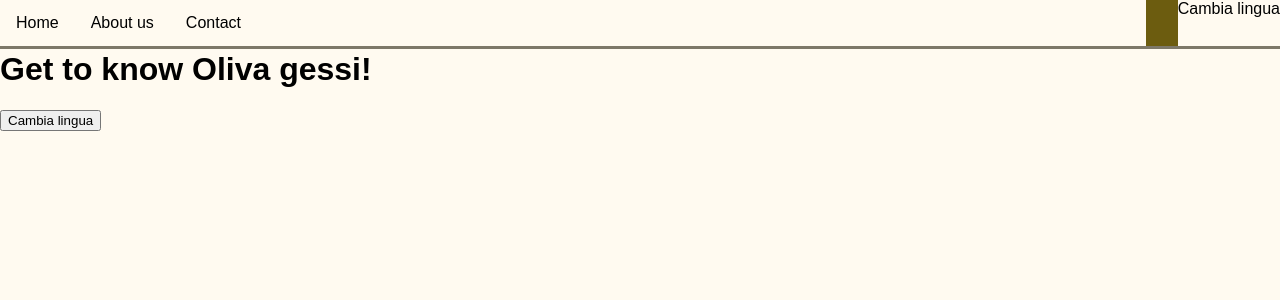
Repository: Seaside-Jokers/Oliva-gessi
Page: index.html
An editor plug-in stored every save of this project. The page is shown before and after the next save, followed by the edit.
The browser window is 1280 px wide. The pictures show the whole page.

Above is the page before, as saved 2026-02-16 19:30:29.

### index.html
<!DOCTYPE html>
<html lang="it">
<head>
    <meta charset="UTF-8">
    <title>Oliva gessi</title>
    <link rel="stylesheet" href="src/style.css">
</head>
<body>
    <nav class="navbar">
        <a class="nav-button" href="#" data-key="home">Home</a>
        <a class="nav-button" href="#" data-key="about">Chi siamo</a>
        <a class="nav-button" href="#" data-key="contact">Contatti</a>
        <link class="nav-button change-language" onclick="changeState()" data-key="change-language"
            href="assets/menu_icon.png">
            Cambia lingua</link>
    </nav>

    <h1 data-key="titolo">Vieni a conoscere Oliva Gessi!</h1>
    <button onclick="changeState()" type="button">Cambia lingua</button>

    <!-- - - - - - - - - - - - - - - - - - - - - - - - - - - - - - - - - - - - -->
    <!--                              DO NOT TOUCH                             -->
    <!-- - - - - - - - - - - - - - - - - - - - - - - - - - - - - - - - - - - - -->
    <script src="src/database_testo.js"></script>
    <script src="src/color_scheme.js"></script>
</body>

<!-- TODO: leggi questo commento e poi eliminalo per favore: quando vuoi aggiungere un nuovo testo modificalo in src/database_testo.js -->
</html>

### src/style.css
/* -------------------------------------------------------------------------- */
/*                                    BASE                                    */
/* -------------------------------------------------------------------------- */
/* corpo dell'HTML */
body {
    font-family: 'Montserrat', sans-serif;
    margin: 0;
    padding: 0;
    padding-top: 30px;
    background-color: var(--colors-background);
}

/* -------------------------------------------------------------------------- */
/*                                   NAVBAR                                   */
/* -------------------------------------------------------------------------- */
/* Container NavBar */
nav.navbar {
    display: flex;
    overflow: hidden;
    background-color: var(--colors-surface);
    outline: 3px solid var(--colors-outline);
    position: fixed;
    top: 0;
    width: 100%;
}
/* Pulsanti della NavBar */
a.nav-button {
    color: var(--colors-onSurface);
    text-decoration: none;
    padding: 14px 16px;
    display: block;
}
link.nav-button {
    color: var(--colors-onSurface);
    text-decoration: none;
    padding: 14px 16px;
    display: block;
}
/* Pulsante per il cambio lingua */
link.nav-button.change-language {
    background-color: var(--colors-primary);
    color: var(--colors-onPrimary);
    border: none;
    padding: 0px, 20px;
    cursor: pointer;
    font-size: 16px;
    margin-left: auto;
}

/*
    Fonts: https://ctrl-z.it/9-font-architettura-tavole-portfolio https://material-f/
    Design: foundation.github.io/material-theme-builder/
    Fonts: Playfair Display (titoli), Montserrat (testo normale)
*/

### src/database_testo.js
const traduzioni = {
    "it": {
        titolo: "Vieni a conoscere Oliva gessi!",
        home: "Home",
        about: "Chi siamo",
        contact: "Contatti"
    },
    "en": {
        titolo: "Get to know Oliva gessi!",
        home: "Home",
        about: "About us",
        contact: "Contact"
    }
}



/* -------------------------------------------------------------------------- */
/*                                DO NOT TOUCH                                */
/* -------------------------------------------------------------------------- */
var state =  getDefaultLang();

function aggiornaInterfaccia() {
    const elementi = document.querySelectorAll('[data-key]');

    elementi.forEach(el => {
        const chiave = el.getAttribute('data-key');
        const testoTradotto = traduzioni[state][chiave];

        if (testoTradotto) {
            el.textContent = testoTradotto;
        }
    });
}

/* -------------------------------------------------------------------------- */
/*                            Cambiamenti di stato                            */
/* -------------------------------------------------------------------------- */
function getDefaultLang() {
    if(navigator.language.substring(0, 2) === "en")
        return "en";

    return "it";
}
function defaultState() {
    state = getDefaultLang();
    aggiornaInterfaccia();
    return true;
}
function changeStateTo(_state) {
    if(_state !== "it" && _state !== "en") {
        defaultState();
        return;
    }
    state = _state;
    aggiornaInterfaccia();
}
function changeState() {
    if(state === "it")
        changeStateTo("en");
    else
        changeStateTo("it");
}

document.addEventListener("DOMContentLoaded", aggiornaInterfaccia);

### src/color_scheme.js
const ThemeManager = (() => {
    const colorScheme = {
        "light": {
            "primary": "hsl(50, 76%, 24%)",
            "surfaceTint": "hsl(50, 76%, 24%)",
            "onPrimary": "hsl(0, 0%, 100%)",
            "primaryContainer": "hsl(48, 89%, 75%)",
            "onPrimaryContainer": "hsl(51, 100%, 16%)",
            "secondary": "hsl(47, 23%, 33%)",
            "onSecondary": "hsl(0, 0%, 100%)",
            "secondaryContainer": "hsl(46, 60%, 84%)",
            "onSecondaryContainer": "hsl(48, 30%, 24%)",
            "tertiary": "hsl(139, 21%, 33%)",
            "onTertiary": "hsl(0, 0%, 100%)",
            "tertiaryContainer": "hsl(134, 51%, 85%)",
            "onTertiaryContainer": "hsl(141, 28%, 24%)",
            "error": "hsl(0, 75%, 42%)",
            "onError": "hsl(0, 0%, 100%)",
            "errorContainer": "hsl(6, 100%, 92%)",
            "onErrorContainer": "hsl(356, 100%, 29%)",
            "background": "hsl(39, 100%, 97%)",
            "onBackground": "hsl(44, 22%, 10%)",
            "surface": "hsl(39, 100%, 97%)",
            "onSurface": "hsl(44, 22%, 10%)",
            "surfaceVariant": "hsl(42, 38%, 87%)",
            "onSurfaceVariant": "hsl(47, 14%, 26%)",
            "outline": "hsl(46, 9%, 45%)",
            "outlineVariant": "hsl(43, 20%, 75%)",
            "shadow": "hsl(0, 0%, 0%)",
            "scrim": "hsl(0, 0%, 0%)",
            "inverseSurface": "hsl(45, 13%, 18%)",
            "inverseOnSurface": "hsl(40, 57%, 93%)",
            "inversePrimary": "hsl(48, 60%, 65%)",
            "primaryFixed": "hsl(48, 89%, 75%)",
            "onPrimaryFixed": "hsl(48, 100%, 7%)",
            "primaryFixedDim": "hsl(48, 60%, 65%)",
            "onPrimaryFixedVariant": "hsl(51, 100%, 16%)",
            "secondaryFixed": "hsl(46, 60%, 84%)",
            "onSecondaryFixed": "hsl(48, 78%, 7%)",
            "secondaryFixedDim": "hsl(46, 34%, 73%)",
            "onSecondaryFixedVariant": "hsl(48, 30%, 24%)",
            "tertiaryFixed": "hsl(134, 51%, 85%)",
            "onTertiaryFixed": "hsl(147, 100%, 6%)",
            "tertiaryFixedDim": "hsl(135, 29%, 74%)",
            "onTertiaryFixedVariant": "hsl(141, 28%, 24%)",
            "surfaceDim": "hsl(39, 24%, 84%)",
            "surfaceBright": "hsl(39, 100%, 97%)",
            "surfaceContainerLowest": "hsl(0, 0%, 100%)",
            "surfaceContainerLow": "hsl(40, 68%, 94%)",
            "surfaceContainer": "hsl(40, 49%, 92%)",
            "surfaceContainerHigh": "hsl(42, 37%, 89%)",
            "surfaceContainerHighest": "hsl(42, 30%, 87%)"
        },
        "light-medium-contrast": {
            "primary": "hsl(51, 100%, 13%)",
            "surfaceTint": "hsl(50, 76%, 24%)",
            "onPrimary": "hsl(0, 0%, 100%)",
            "primaryContainer": "hsl(49, 61%, 30%)",
            "onPrimaryContainer": "hsl(0, 0%, 100%)",
            "secondary": "hsl(49, 38%, 17%)",
            "onSecondary": "hsl(0, 0%, 100%)",
            "secondaryContainer": "hsl(48, 20%, 38%)",
            "onSecondaryContainer": "hsl(0, 0%, 100%)",
            "tertiary": "hsl(143, 39%, 17%)",
            "onTertiary": "hsl(0, 0%, 100%)",
            "tertiaryContainer": "hsl(139, 18%, 39%)",
            "onTertiaryContainer": "hsl(0, 0%, 100%)",
            "error": "hsl(357, 100%, 23%)",
            "onError": "hsl(0, 0%, 100%)",
            "errorContainer": "hsl(2, 68%, 48%)",
            "onErrorContainer": "hsl(0, 0%, 100%)",
            "background": "hsl(39, 100%, 97%)",
            "onBackground": "hsl(44, 22%, 10%)",
            "surface": "hsl(39, 100%, 97%)",
            "onSurface": "hsl(48, 36%, 5%)",
            "surfaceVariant": "hsl(42, 38%, 87%)",
            "onSurfaceVariant": "hsl(46, 17%, 19%)",
            "outline": "hsl(44, 12%, 30%)",
            "outlineVariant": "hsl(45, 10%, 41%)",
            "shadow": "hsl(0, 0%, 0%)",
            "scrim": "hsl(0, 0%, 0%)",
            "inverseSurface": "hsl(45, 13%, 18%)",
            "inverseOnSurface": "hsl(40, 57%, 93%)",
            "inversePrimary": "hsl(48, 60%, 65%)",
            "primaryFixed": "hsl(49, 61%, 30%)",
            "onPrimaryFixed": "hsl(0, 0%, 100%)",
            "primaryFixedDim": "hsl(51, 94%, 20%)",
            "onPrimaryFixedVariant": "hsl(0, 0%, 100%)",
            "secondaryFixed": "hsl(48, 20%, 38%)",
            "onSecondaryFixed": "hsl(0, 0%, 100%)",
            "secondaryFixedDim": "hsl(49, 25%, 29%)",
            "onSecondaryFixedVariant": "hsl(0, 0%, 100%)",
            "tertiaryFixed": "hsl(139, 18%, 39%)",
            "onTertiaryFixed": "hsl(0, 0%, 100%)",
            "tertiaryFixedDim": "hsl(139, 23%, 29%)",
            "onTertiaryFixedVariant": "hsl(0, 0%, 100%)",
            "surfaceDim": "hsl(41, 16%, 76%)",
            "surfaceBright": "hsl(39, 100%, 97%)",
            "surfaceContainerLowest": "hsl(0, 0%, 100%)",
            "surfaceContainerLow": "hsl(40, 68%, 94%)",
            "surfaceContainer": "hsl(42, 37%, 89%)",
            "surfaceContainerHigh": "hsl(39, 26%, 85%)",
            "surfaceContainerHighest": "hsl(41, 19%, 81%)"
        },
        "light-high-contrast": {
            "primary": "hsl(50, 100%, 10%)",
            "surfaceTint": "hsl(50, 76%, 24%)",
            "onPrimary": "hsl(0, 0%, 100%)",
            "primaryContainer": "hsl(50, 100%, 17%)",
            "onPrimaryContainer": "hsl(0, 0%, 100%)",
            "secondary": "hsl(49, 47%, 13%)",
            "onSecondary": "hsl(0, 0%, 100%)",
            "secondaryContainer": "hsl(48, 28%, 25%)",
            "onSecondaryContainer": "hsl(0, 0%, 100%)",
            "tertiary": "hsl(146, 52%, 13%)",
            "onTertiary": "hsl(0, 0%, 100%)",
            "tertiaryContainer": "hsl(141, 27%, 25%)",
            "onTertiaryContainer": "hsl(0, 0%, 100%)",
            "error": "hsl(357, 100%, 19%)",
            "onError": "hsl(0, 0%, 100%)",
            "errorContainer": "hsl(356, 100%, 30%)",
            "onErrorContainer": "hsl(0, 0%, 100%)",
            "background": "hsl(39, 100%, 97%)",
            "onBackground": "hsl(44, 22%, 10%)",
            "surface": "hsl(39, 100%, 97%)",
            "onSurface": "hsl(0, 0%, 0%)",
            "surfaceVariant": "hsl(42, 38%, 87%)",
            "onSurfaceVariant": "hsl(0, 0%, 0%)",
            "outline": "hsl(48, 19%, 15%)",
            "outlineVariant": "hsl(47, 13%, 27%)",
            "shadow": "hsl(0, 0%, 0%)",
            "scrim": "hsl(0, 0%, 0%)",
            "inverseSurface": "hsl(45, 13%, 18%)",
            "inverseOnSurface": "hsl(0, 0%, 100%)",
            "inversePrimary": "hsl(48, 60%, 65%)",
            "primaryFixed": "hsl(50, 100%, 17%)",
            "onPrimaryFixed": "hsl(0, 0%, 100%)",
            "primaryFixedDim": "hsl(50, 100%, 12%)",
            "onPrimaryFixedVariant": "hsl(0, 0%, 100%)",
            "secondaryFixed": "hsl(48, 28%, 25%)",
            "onSecondaryFixed": "hsl(0, 0%, 100%)",
            "secondaryFixedDim": "hsl(49, 41%, 16%)",
            "onSecondaryFixedVariant": "hsl(0, 0%, 100%)",
            "tertiaryFixed": "hsl(141, 27%, 25%)",
            "onTertiaryFixed": "hsl(0, 0%, 100%)",
            "tertiaryFixedDim": "hsl(145, 43%, 16%)",
            "onTertiaryFixedVariant": "hsl(0, 0%, 100%)",
            "surfaceDim": "hsl(41, 13%, 71%)",
            "surfaceBright": "hsl(39, 100%, 97%)",
            "surfaceContainerLowest": "hsl(0, 0%, 100%)",
            "surfaceContainerLow": "hsl(40, 57%, 93%)",
            "surfaceContainer": "hsl(42, 30%, 87%)",
            "surfaceContainerHigh": "hsl(42, 21%, 82%)",
            "surfaceContainerHighest": "hsl(41, 16%, 76%)"
        },
        "dark": {
            "primary": "hsl(48, 60%, 65%)",
            "surfaceTint": "hsl(48, 60%, 65%)",
            "onPrimary": "hsl(50, 100%, 11%)",
            "primaryContainer": "hsl(51, 100%, 16%)",
            "onPrimaryContainer": "hsl(48, 89%, 75%)",
            "secondary": "hsl(46, 34%, 73%)",
            "onSecondary": "hsl(49, 42%, 15%)",
            "secondaryContainer": "hsl(48, 30%, 24%)",
            "onSecondaryContainer": "hsl(46, 60%, 84%)",
            "tertiary": "hsl(135, 29%, 74%)",
            "onTertiary": "hsl(146, 47%, 15%)",
            "tertiaryContainer": "hsl(141, 28%, 24%)",
            "onTertiaryContainer": "hsl(134, 51%, 85%)",
            "error": "hsl(6, 100%, 84%)",
            "onError": "hsl(357, 100%, 21%)",
            "errorContainer": "hsl(356, 100%, 29%)",
            "onErrorContainer": "hsl(6, 100%, 92%)",
            "background": "hsl(48, 31%, 6%)",
            "onBackground": "hsl(42, 30%, 87%)",
            "surface": "hsl(48, 31%, 6%)",
            "onSurface": "hsl(42, 30%, 87%)",
            "surfaceVariant": "hsl(47, 14%, 26%)",
            "onSurfaceVariant": "hsl(43, 20%, 75%)",
            "outline": "hsl(44, 9%, 55%)",
            "outlineVariant": "hsl(47, 14%, 26%)",
            "shadow": "hsl(0, 0%, 0%)",
            "scrim": "hsl(0, 0%, 0%)",
            "inverseSurface": "hsl(42, 30%, 87%)",
            "inverseOnSurface": "hsl(45, 13%, 18%)",
            "inversePrimary": "hsl(50, 76%, 24%)",
            "primaryFixed": "hsl(48, 89%, 75%)",
            "onPrimaryFixed": "hsl(48, 100%, 7%)",
            "primaryFixedDim": "hsl(48, 60%, 65%)",
            "onPrimaryFixedVariant": "hsl(51, 100%, 16%)",
            "secondaryFixed": "hsl(46, 60%, 84%)",
            "onSecondaryFixed": "hsl(48, 78%, 7%)",
            "secondaryFixedDim": "hsl(46, 34%, 73%)",
            "onSecondaryFixedVariant": "hsl(48, 30%, 24%)",
            "tertiaryFixed": "hsl(134, 51%, 85%)",
            "onTertiaryFixed": "hsl(147, 100%, 6%)",
            "tertiaryFixedDim": "hsl(135, 29%, 74%)",
            "onTertiaryFixedVariant": "hsl(141, 28%, 24%)",
            "surfaceDim": "hsl(48, 31%, 6%)",
            "surfaceBright": "hsl(45, 11%, 21%)",
            "surfaceContainerLowest": "hsl(47, 39%, 5%)",
            "surfaceContainerLow": "hsl(44, 22%, 10%)",
            "surfaceContainer": "hsl(49, 19%, 11%)",
            "surfaceContainerHigh": "hsl(45, 15%, 15%)",
            "surfaceContainerHighest": "hsl(46, 13%, 19%)"
        },
        "dark-medium-contrast": {
            "primary": "hsl(48, 81%, 73%)",
            "surfaceTint": "hsl(48, 60%, 65%)",
            "onPrimary": "hsl(49, 100%, 9%)",
            "primaryContainer": "hsl(49, 44%, 44%)",
            "onPrimaryContainer": "hsl(0, 0%, 0%)",
            "secondary": "hsl(46, 52%, 81%)",
            "onSecondary": "hsl(48, 56%, 11%)",
            "secondaryContainer": "hsl(47, 18%, 52%)",
            "onSecondaryContainer": "hsl(0, 0%, 0%)",
            "tertiary": "hsl(134, 44%, 83%)",
            "onTertiary": "hsl(147, 69%, 10%)",
            "tertiaryContainer": "hsl(137, 15%, 53%)",
            "onTertiaryContainer": "hsl(0, 0%, 0%)",
            "error": "hsl(7, 100%, 90%)",
            "onError": "hsl(358, 100%, 16%)",
            "errorContainer": "hsl(4, 100%, 64%)",
            "onErrorContainer": "hsl(0, 0%, 0%)",
            "background": "hsl(48, 31%, 6%)",
            "onBackground": "hsl(42, 30%, 87%)",
            "surface": "hsl(48, 31%, 6%)",
            "onSurface": "hsl(0, 0%, 100%)",
            "surfaceVariant": "hsl(47, 14%, 26%)",
            "onSurfaceVariant": "hsl(43, 31%, 84%)",
            "outline": "hsl(42, 14%, 67%)",
            "outlineVariant": "hsl(44, 9%, 55%)",
            "shadow": "hsl(0, 0%, 0%)",
            "scrim": "hsl(0, 0%, 0%)",
            "inverseSurface": "hsl(42, 30%, 87%)",
            "inverseOnSurface": "hsl(45, 15%, 15%)",
            "inversePrimary": "hsl(50, 100%, 17%)",
            "primaryFixed": "hsl(48, 89%, 75%)",
            "onPrimaryFixed": "hsl(46, 100%, 4%)",
            "primaryFixedDim": "hsl(48, 60%, 65%)",
            "onPrimaryFixedVariant": "hsl(51, 100%, 13%)",
            "secondaryFixed": "hsl(46, 60%, 84%)",
            "onSecondaryFixed": "hsl(46, 100%, 4%)",
            "secondaryFixedDim": "hsl(46, 34%, 73%)",
            "onSecondaryFixedVariant": "hsl(49, 38%, 17%)",
            "tertiaryFixed": "hsl(134, 51%, 85%)",
            "onTertiaryFixed": "hsl(143, 100%, 4%)",
            "tertiaryFixedDim": "hsl(135, 29%, 74%)",
            "onTertiaryFixedVariant": "hsl(143, 39%, 17%)",
            "surfaceDim": "hsl(48, 31%, 6%)",
            "surfaceBright": "hsl(43, 11%, 25%)",
            "surfaceContainerLowest": "hsl(40, 50%, 2%)",
            "surfaceContainerLow": "hsl(44, 21%, 10%)",
            "surfaceContainer": "hsl(49, 15%, 14%)",
            "surfaceContainerHigh": "hsl(45, 13%, 18%)",
            "surfaceContainerHighest": "hsl(42, 11%, 23%)"
        },
        "dark-high-contrast": {
            "primary": "hsl(47, 100%, 86%)",
            "surfaceTint": "hsl(48, 60%, 65%)",
            "onPrimary": "hsl(0, 0%, 0%)",
            "primaryContainer": "hsl(48, 57%, 63%)",
            "onPrimaryContainer": "hsl(44, 100%, 3%)",
            "secondary": "hsl(46, 89%, 89%)",
            "onSecondary": "hsl(0, 0%, 0%)",
            "secondaryContainer": "hsl(46, 32%, 71%)",
            "onSecondaryContainer": "hsl(44, 100%, 3%)",
            "tertiary": "hsl(134, 80%, 90%)",
            "onTertiary": "hsl(0, 0%, 0%)",
            "tertiaryContainer": "hsl(135, 28%, 72%)",
            "onTertiaryContainer": "hsl(140, 100%, 3%)",
            "error": "hsl(8, 100%, 96%)",
            "onError": "hsl(0, 0%, 0%)",
            "errorContainer": "hsl(7, 100%, 82%)",
            "onErrorContainer": "hsl(358, 100%, 7%)",
            "background": "hsl(48, 31%, 6%)",
            "onBackground": "hsl(42, 30%, 87%)",
            "surface": "hsl(48, 31%, 6%)",
            "onSurface": "hsl(0, 0%, 100%)",
            "surfaceVariant": "hsl(47, 14%, 26%)",
            "onSurfaceVariant": "hsl(0, 0%, 100%)",
            "outline": "hsl(42, 62%, 92%)",
            "outlineVariant": "hsl(42, 18%, 74%)",
            "shadow": "hsl(0, 0%, 0%)",
            "scrim": "hsl(0, 0%, 0%)",
            "inverseSurface": "hsl(42, 30%, 87%)",
            "inverseOnSurface": "hsl(0, 0%, 0%)",
            "inversePrimary": "hsl(50, 100%, 17%)",
            "primaryFixed": "hsl(48, 89%, 75%)",
            "onPrimaryFixed": "hsl(0, 0%, 0%)",
            "primaryFixedDim": "hsl(48, 60%, 65%)",
            "onPrimaryFixedVariant": "hsl(46, 100%, 4%)",
            "secondaryFixed": "hsl(46, 60%, 84%)",
            "onSecondaryFixed": "hsl(0, 0%, 0%)",
            "secondaryFixedDim": "hsl(46, 34%, 73%)",
            "onSecondaryFixedVariant": "hsl(46, 100%, 4%)",
            "tertiaryFixed": "hsl(134, 51%, 85%)",
            "onTertiaryFixed": "hsl(0, 0%, 0%)",
            "tertiaryFixedDim": "hsl(135, 29%, 74%)",
            "onTertiaryFixedVariant": "hsl(143, 100%, 4%)",
            "surfaceDim": "hsl(48, 31%, 6%)",
            "surfaceBright": "hsl(46, 8%, 30%)",
            "surfaceContainerLowest": "hsl(0, 0%, 0%)",
            "surfaceContainerLow": "hsl(49, 19%, 11%)",
            "surfaceContainer": "hsl(45, 13%, 18%)",
            "surfaceContainerHigh": "hsl(45, 11%, 22%)",
            "surfaceContainerHighest": "hsl(46, 10%, 26%)"
        }
    };

    let currentColorScheme = null;
    const STORAGE_KEY = 'user-color-scheme';
    const listeners = [];

    /**
     * Estrae il livello di contrasto dallo schema corrente
     * @param {string} scheme - Nome dello schema (es. 'dark-high-contrast')
     * @returns {string} Il livello di contrasto ('', 'medium-contrast', 'high-contrast')
     */
    function getContrastLevel(scheme) {
        if (scheme.includes('high-contrast')) return 'high-contrast';
        if (scheme.includes('medium-contrast')) return 'medium-contrast';
        return '';
    }

    /**
     * Ottiene lo schema colore preferito dal sistema operativo
     * @returns {string} 'dark' o 'light'
     */
    function getBrowserColorScheme() {
        if (window.matchMedia?.('(prefers-color-scheme: dark)').matches) {
            return 'dark';
        }
        return 'light';
    }

    /**
     * Aggiorna le variabili CSS con i colori dello schema corrente
     */
    function updateThemeColors() {
        const colors = colorScheme[currentColorScheme];
        if (!colors) {
            console.error(`Impossibile trovare i colori per lo schema: ${currentColorScheme}`);
            return;
        }

        const root = document.documentElement;

        // Applica ogni colore come variabile CSS
        for (const [key, value] of Object.entries(colors)) {
            const cssVarName = key.replace(/([A-Z])/g, '-$1').toLowerCase();
            root.style.setProperty(`--colors-${cssVarName}`, value);
        }

        // Notifica i listener del cambio tema
        notifyListeners(currentColorScheme);
    }

    /**
     * Cambia lo schema colore
     * @param {string} scheme - Nome dello schema da applicare
     * @returns {boolean} True se il cambio è avvenuto con successo
     */
    function changeColorScheme(scheme) {
        if (!colorScheme[scheme]) {
            console.error(`Schema colore non valido: ${scheme}`);
            return false;
        }

        currentColorScheme = scheme;
        updateThemeColors();

        // Salva la preferenza in localStorage
        try {
            localStorage.setItem(STORAGE_KEY, scheme);
        } catch (e) {
            console.warn('Impossibile salvare le preferenze tema:', e);
        }

        return true;
    }

    /**
     * Alterna tra modalità chiara e scura mantenendo il livello di contrasto
     */
    function toggleLightDark() {
        const isDark = currentColorScheme.startsWith('dark');
        const contrastLevel = getContrastLevel(currentColorScheme);

        const newScheme = isDark
            ? (contrastLevel ? `light-${contrastLevel}` : 'light')
            : (contrastLevel ? `dark-${contrastLevel}` : 'dark');

        changeColorScheme(newScheme);
    }

    /**
     * Imposta lo schema colore con livello di contrasto opzionale
     * @param {string} scheme - 'light' o 'dark'
     * @param {string} contrastLevel - '', 'medium-contrast' o 'high-contrast'
     */
    function setColorScheme(scheme, contrastLevel = '') {
        const fullScheme = contrastLevel ? `${scheme}-${contrastLevel}` : scheme;
        changeColorScheme(fullScheme);
    }

    /**
     * Registra un listener per i cambiamenti di tema
     * @param {Function} callback - Funzione chiamata quando il tema cambia
     * @returns {Function} Funzione per rimuovere il listener
     */
    function addThemeChangeListener(callback) {
        if (typeof callback !== 'function') {
            console.error('Il listener deve essere una funzione');
            return () => {};
        }

        listeners.push(callback);

        // Restituisce funzione per rimuovere il listener
        return () => {
            const index = listeners.indexOf(callback);
            if (index > -1) {
                listeners.splice(index, 1);
            }
        };
    }

    /**
     * Notifica tutti i listener del cambio tema
     * @param {string} newScheme - Il nuovo schema applicato
     */
    function notifyListeners(newScheme) {
        listeners.forEach(callback => {
            try {
                callback(newScheme);
            } catch (e) {
                console.error('Errore nel listener del tema:', e);
            }
        });
    }

    /**
     * Resetta le preferenze salvate e torna allo schema di sistema
     */
    function resetToSystemPreference() {
        try {
            localStorage.removeItem(STORAGE_KEY);
        } catch (e) {
            console.warn('Impossibile rimuovere le preferenze salvate:', e);
        }

        const systemScheme = getBrowserColorScheme();
        changeColorScheme(systemScheme);
    }

    /**
     * Ottiene tutti gli schemi disponibili
     * @returns {string[]} Array con i nomi di tutti gli schemi disponibili
     */
    function getAvailableSchemes() {
        return Object.keys(colorScheme);
    }

    /**
     * Verifica se lo schema corrente è scuro
     * @returns {boolean} True se il tema corrente è scuro
     */
    function isDarkMode() {
        return currentColorScheme?.startsWith('dark') ?? false;
    }

    /**
     * Inizializza il sistema di gestione temi
     */
    function init() {
        // 1. Cerca una preferenza salvata
        let savedScheme = null;
        try {
            savedScheme = localStorage.getItem(STORAGE_KEY);
        } catch (e) {
            console.warn('Impossibile leggere le preferenze tema:', e);
        }

        // 2. Usa quella salvata se valida, altrimenti usa quella del sistema
        const initialScheme = savedScheme && colorScheme[savedScheme]
            ? savedScheme
            : getBrowserColorScheme();

        changeColorScheme(initialScheme);

        // 3. Ascolta i cambiamenti di preferenza di sistema
        const mediaQuery = window.matchMedia?.('(prefers-color-scheme: dark)');
        if (mediaQuery) {
            mediaQuery.addEventListener('change', (e) => {
                // Aggiorna solo se non c'è una preferenza salvata dall'utente
                try {
                    const hasSavedPreference = localStorage.getItem(STORAGE_KEY);
                    if (!hasSavedPreference) {
                        const systemScheme = e.matches ? 'dark' : 'light';
                        const contrastLevel = getContrastLevel(currentColorScheme);
                        setColorScheme(systemScheme, contrastLevel);
                    }
                } catch (err) {
                    console.warn('Errore nella gestione del cambio tema di sistema:', err);
                }
            });
        }
    }

    // Espone l'API pubblica
    return {
        init,
        changeColorScheme,
        toggleLightDark,
        setColorScheme,
        getCurrentScheme: () => currentColorScheme,
        getAvailableSchemes,
        isDarkMode,
        addThemeChangeListener,
        resetToSystemPreference
    };
})();

// Inizializza automaticamente quando il DOM è pronto
if (document.readyState === 'loading') {
    document.addEventListener('DOMContentLoaded', ThemeManager.init);
} else {
    ThemeManager.init();
}

After the next save:
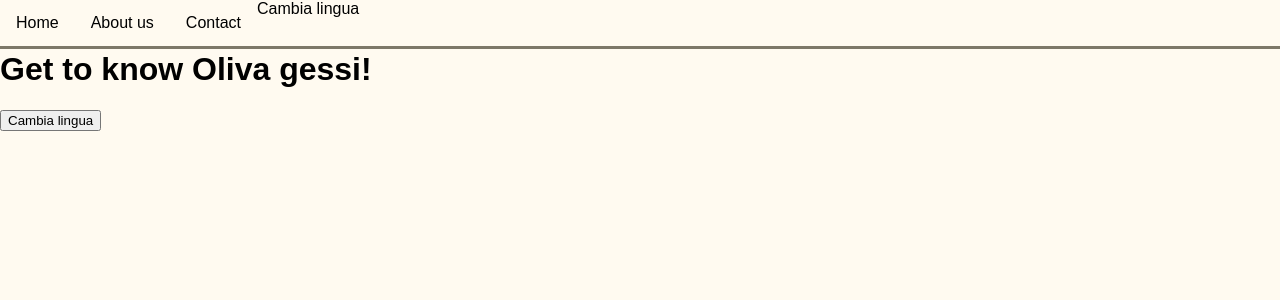
Saved 8 s later.
--- a/src/style.css
+++ b/src/style.css
@@ -1,7 +1,7 @@
 /* -------------------------------------------------------------------------- */
 /*                                    BASE                                    */
 /* -------------------------------------------------------------------------- */
-/* corpo dell'HTML */
+/* corpo dell'TML */
 body {
     font-family: 'Montserrat', sans-serif;
     margin: 0;
@@ -30,14 +30,8 @@ a.nav-button {
     padding: 14px 16px;
     display: block;
 }
-link.nav-button {
-    color: var(--colors-onSurface);
-    text-decoration: none;
-    padding: 14px 16px;
-    display: block;
-}
 /* Pulsante per il cambio lingua */
-link.nav-button.change-language {
+a.nav-button.change-language {
     background-color: var(--colors-primary);
     color: var(--colors-onPrimary);
     border: none;
